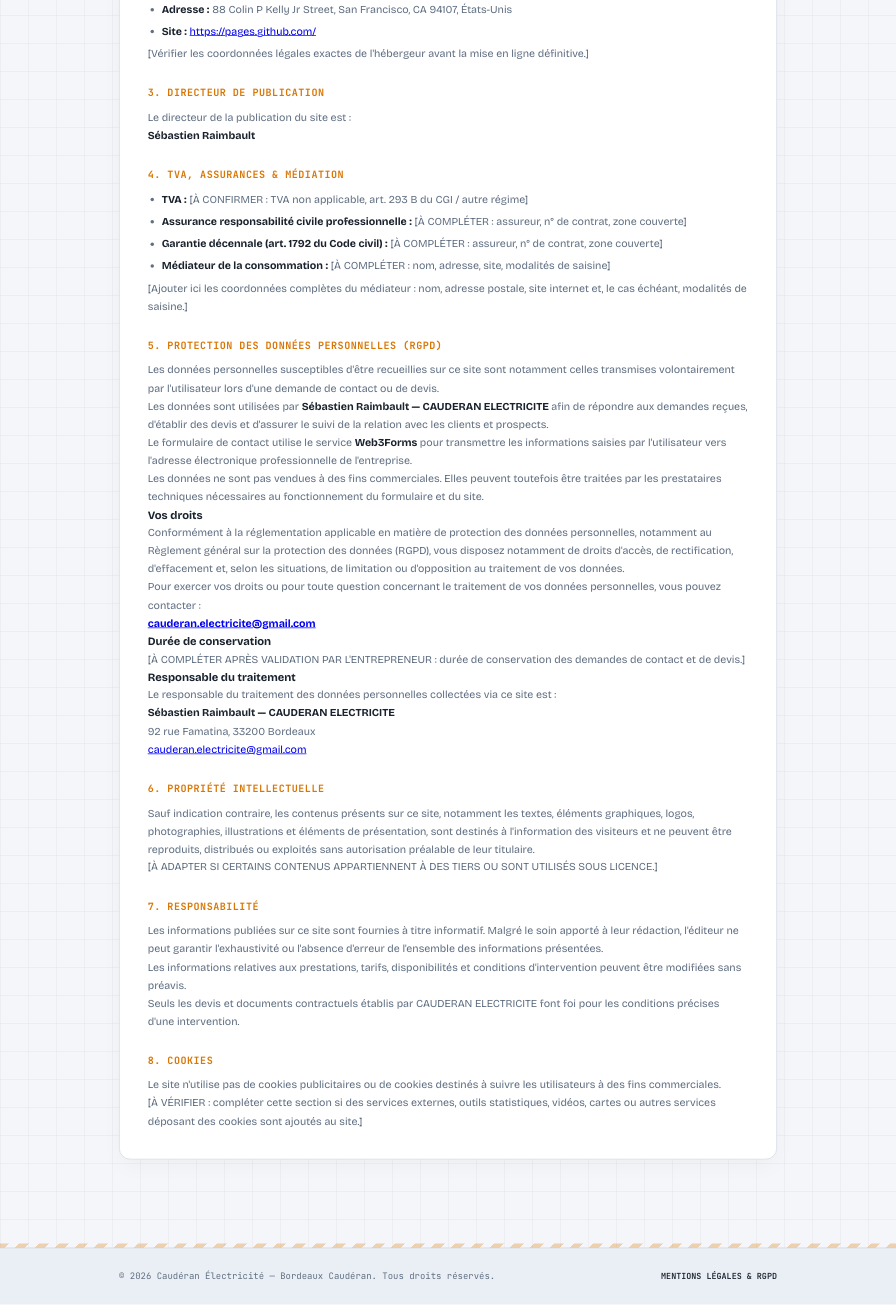
Repository: cauderanelectricite/cauderanelectricite.github.io
Page: mentions-legales.html
An editor plug-in stored every save of this project. The page is shown before and after the next save, followed by the edit.
The browser window is 1280 px wide. The pictures show the part of the page from y = 938 to 2858 px (the page is 2802 px tall before and 2858 px after), at 70% of full size.

Above is the page before, as saved 2026-09-29 20:42:07.

### mentions-legales.html
<!DOCTYPE html>
<html lang="fr">

<head>
    <meta charset="UTF-8">
    <meta name="viewport" content="width=device-width, initial-scale=1.0">

    <title>Mentions Légales — Caudéran Électricité</title>

    <!-- Polices Google Fonts -->
    <link rel="preconnect" href="https://fonts.googleapis.com">
    <link rel="preconnect" href="https://fonts.gstatic.com" crossorigin>

    <link
        href="https://fonts.googleapis.com/css2?family=Bricolage+Grotesque:opsz,wght@12..96,400..800&family=JetBrains+Mono:wght@400;600;700&display=swap"
        rel="stylesheet"
    >

    <!-- Feuille de style -->
    <link rel="stylesheet" href="style.css">
</head>

<body>

    <!-- Header flottant -->
    <header>
        <div class="nav-container">

            <a href="index.html" class="brand">
                <div class="led"></div>

                <div class="brand-name">
                    Caudéran Électricité
                    <small>Bordeaux Caudéran</small>
                </div>
            </a>

            <nav>
                <a href="index.html">Accueil</a>
                <a href="index.html#services">Prestations</a>
                <a href="devis.html">Devis</a>
                <a href="contact.html">Contact</a>
            </nav>

            <a href="devis.html" class="header-cta">
                ⚡ Devis gratuit
            </a>

        </div>
    </header>


    <!-- Contenu principal -->
    <main>

        <div class="section">

            <div class="page-head">

                <a href="index.html" class="back-link">
                    ← Retour à l'accueil
                </a>

                <div class="kicker">
                    Cadre juridique
                </div>

                <h1>
                    Mentions Légales & RGPD
                </h1>

                <p>
                    Informations légales relatives à l'éditeur du site,
                    à son hébergement et au traitement des données personnelles.
                </p>

            </div>


            <div class="legal-content">


                <!-- ===================================================== -->
                <!-- 1. ÉDITION DU SITE -->
                <!-- ===================================================== -->

                <div class="legal-section">

                    <h3>
                        1. Édition du site
                    </h3>

                    <p>
                        Le présent site, accessible à l'adresse :
                        <strong class="amber">
                            https://cauderanelectricite.github.io
                        </strong>,
                        est édité par :
                    </p>

                    <ul>

                        <li>
                            <strong>Nom et prénom :</strong>
                            Sébastien Raimbault
                        </li>

                        <li>
                            <strong>Nom commercial :</strong>
                            CAUDERAN ELECTRICITE
                        </li>

                        <li>
                            <strong>Statut juridique :</strong>
                            Entrepreneur individuel
                        </li>

                        <li>
                            <strong>Activité :</strong>
                            Travaux d'installation électrique dans tous locaux
                        </li>

                        <li>
                            <strong>SIRET :</strong>
                            108 620 188 00012
                        </li>
                        <li>
                             <strong>Immatriculation :</strong>
                            Répertoire des Métiers (CMA Nouvelle-Aquitaine) — n° RM :
                            <span class="placeholder">[À COMPLÉTER — figure sur ton avis de situation SIREN]</span>
                        </li>

                        <li>
                            <strong>Siège social :</strong>
                            92 rue Famatina, 33200 Bordeaux
                        </li>

                        <li>
                            <strong>Téléphone :</strong>
                            +33 6 12 69 84 33
                        </li>

                        <li>
                            <strong>E-mail :</strong>
                            <a href="mailto:cauderan.electricite@gmail.com">
                                cauderan.electricite@gmail.com
                            </a>
                        </li>

                    </ul>

                </div>


                <!-- ===================================================== -->
                <!-- 2. HÉBERGEMENT -->
                <!-- ===================================================== -->

                <div class="legal-section">

                    <h3>
                        2. Hébergement
                    </h3>

                    <p>
                        Le site est hébergé par :
                    </p>

                    <ul>
                    <li><strong>Hébergeur :</strong> GitHub, Inc.</li>
                    <li><strong>Adresse :</strong> 88 Colin P Kelly Jr Street, San Francisco, CA 94107, États-Unis</li>
                    <li><strong>Site :</strong> <a href="https://pages.github.com/" target="_blank" rel="noopener">https://pages.github.com/</a></li>
                    </ul>
                    <p class="placeholder">
                        [Vérifier les coordonnées légales exactes de l'hébergeur
                        avant la mise en ligne définitive.]
                    </p>

                </div>


                <!-- ===================================================== -->
                <!-- 3. DIRECTEUR DE PUBLICATION -->
                <!-- ===================================================== -->

                <div class="legal-section">

                    <h3>
                        3. Directeur de publication
                    </h3>

                    <p>
                        Le directeur de la publication du site est :
                    </p>

                    <p>
                        <strong>
                            Sébastien Raimbault
                        </strong>
                    </p>

                </div>


                <!-- ===================================================== -->
                <!-- 4. TVA, ASSURANCE ET MÉDIATION -->
                <!-- ===================================================== -->

                <div class="legal-section">

                    <h3>
                        4. TVA, assurances & médiation
                    </h3>
                    <ul>
                    <li>
                        <strong>TVA :</strong>
                        <span class="placeholder">[À CONFIRMER : TVA non applicable, art. 293 B du CGI / autre régime]</span>
                    </li>
                    <li>
                        <strong>Assurance responsabilité civile professionnelle :</strong>
                        <span class="placeholder">[À COMPLÉTER : assureur, n° de contrat, zone couverte]</span>
                    </li>
                    <li>
                        <strong>Garantie décennale (art. 1792 du Code civil) :</strong>
                        <span class="placeholder">[À COMPLÉTER : assureur, n° de contrat, zone couverte]</span>
                    </li>
                    <li>
                        <strong>Médiateur de la consommation :</strong>
                        <span class="placeholder">[À COMPLÉTER : nom, adresse, site, modalités de saisine]</span>
                    </li>
                    </ul>

                    <p class="placeholder">
                        [Ajouter ici les coordonnées complètes du médiateur :
                        nom, adresse postale, site internet et, le cas échéant,
                        modalités de saisine.]
                    </p>

                </div>


                <!-- ===================================================== -->
                <!-- 5. PROTECTION DES DONNÉES -->
                <!-- ===================================================== -->

                <div class="legal-section">

                    <h3>
                        5. Protection des données personnelles (RGPD)
                    </h3>

                    <p>
                        Les données personnelles susceptibles d'être recueillies
                        sur ce site sont notamment celles transmises volontairement
                        par l'utilisateur lors d'une demande de contact ou de devis.
                    </p>

                    <p>
                        Les données sont utilisées par
                        <strong>
                            Sébastien Raimbault — CAUDERAN ELECTRICITE
                        </strong>
                        afin de répondre aux demandes reçues, d'établir des devis
                        et d'assurer le suivi de la relation avec les clients et
                        prospects.
                    </p>

                    <p>
                        Le formulaire de contact utilise le service
                        <strong>
                            Web3Forms
                        </strong>
                        pour transmettre les informations saisies par l'utilisateur
                        vers l'adresse électronique professionnelle de l'entreprise.
                    </p>

                    <p>
                        Les données ne sont pas vendues à des fins commerciales.
                        Elles peuvent toutefois être traitées par les prestataires
                        techniques nécessaires au fonctionnement du formulaire et
                        du site.
                    </p>

                    <h4>
                        Vos droits
                    </h4>

                    <p>
                        Conformément à la réglementation applicable en matière de
                        protection des données personnelles, notamment au Règlement
                        général sur la protection des données (RGPD), vous disposez
                        notamment de droits d'accès, de rectification,
                        d'effacement et, selon les situations, de limitation ou
                        d'opposition au traitement de vos données.
                    </p>

                    <p>
                        Pour exercer vos droits ou pour toute question concernant
                        le traitement de vos données personnelles, vous pouvez
                        contacter :
                    </p>

                    <p>
                        <strong class="amber">
                            <a href="mailto:cauderan.electricite@gmail.com">
                                cauderan.electricite@gmail.com
                            </a>
                        </strong>
                    </p>

                    <h4>
                        Durée de conservation
                    </h4>

                    <p class="placeholder">
                        [À COMPLÉTER APRÈS VALIDATION PAR L'ENTREPRENEUR :
                        durée de conservation des demandes de contact et de devis.]
                    </p>

                    <h4>
                        Responsable du traitement
                    </h4>

                    <p>
                        Le responsable du traitement des données personnelles
                        collectées via ce site est :
                    </p>

                    <p>
                        <strong>
                            Sébastien Raimbault — CAUDERAN ELECTRICITE
                        </strong>
                    </p>

                    <p>
                        92 rue Famatina, 33200 Bordeaux
                        <br>
                        <a href="mailto:cauderan.electricite@gmail.com">
                            cauderan.electricite@gmail.com
                        </a>
                    </p>

                </div>


                <!-- ===================================================== -->
                <!-- 6. PROPRIÉTÉ INTELLECTUELLE -->
                <!-- ===================================================== -->

                <div class="legal-section">

                    <h3>
                        6. Propriété intellectuelle
                    </h3>

                    <p>
                        Sauf indication contraire, les contenus présents sur ce
                        site, notamment les textes, éléments graphiques, logos,
                        photographies, illustrations et éléments de présentation,
                        sont destinés à l'information des visiteurs et ne peuvent
                        être reproduits, distribués ou exploités sans autorisation
                        préalable de leur titulaire.
                    </p>

                    <p class="placeholder">
                        [À ADAPTER SI CERTAINS CONTENUS APPARTIENNENT À DES TIERS
                        OU SONT UTILISÉS SOUS LICENCE.]
                    </p>

                </div>


                <!-- ===================================================== -->
                <!-- 7. RESPONSABILITÉ -->
                <!-- ===================================================== -->

                <div class="legal-section">

                    <h3>
                        7. Responsabilité
                    </h3>

                    <p>
                        Les informations publiées sur ce site sont fournies à titre
                        informatif. Malgré le soin apporté à leur rédaction,
                        l'éditeur ne peut garantir l'exhaustivité ou l'absence
                        d'erreur de l'ensemble des informations présentées.
                    </p>

                    <p>
                        Les informations relatives aux prestations, tarifs,
                        disponibilités et conditions d'intervention peuvent être
                        modifiées sans préavis.
                    </p>

                    <p>
                        Seuls les devis et documents contractuels établis par
                        CAUDERAN ELECTRICITE font foi pour les conditions précises
                        d'une intervention.
                    </p>

                </div>


                <!-- ===================================================== -->
                <!-- 8. COOKIES -->
                <!-- ===================================================== -->

                <div class="legal-section">

                    <h3>
                        8. Cookies
                    </h3>

                    <p>
                        Le site n'utilise pas de cookies publicitaires ou de
                        cookies destinés à suivre les utilisateurs à des fins
                        commerciales.
                    </p>

                    <p class="placeholder">
                        [À VÉRIFIER : compléter cette section si des services
                        externes, outils statistiques, vidéos, cartes ou autres
                        services déposant des cookies sont ajoutés au site.]
                    </p>

                </div>


            </div>
        </div>

    </main>


    <!-- Hazard Strip -->
    <div class="hazard"></div>


    <!-- Footer -->
 <footer>
  <div class="foot-inner">
    <span class="foot-copy">© <span id="year">2025</span> Caudéran Électricité — Bordeaux Caudéran. Tous droits réservés.</span>
    <nav class="foot-nav" aria-label="Liens légaux">
      <a href="mentions-legales.html">Mentions légales &amp; RGPD</a>
    </nav>
  </div>
</footer>

<script>
  document.getElementById('year').textContent = new Date().getFullYear();
</script>

</body>

</html>

Loaded but not shown: style.css (938 lines, source omitted)

After the next save:
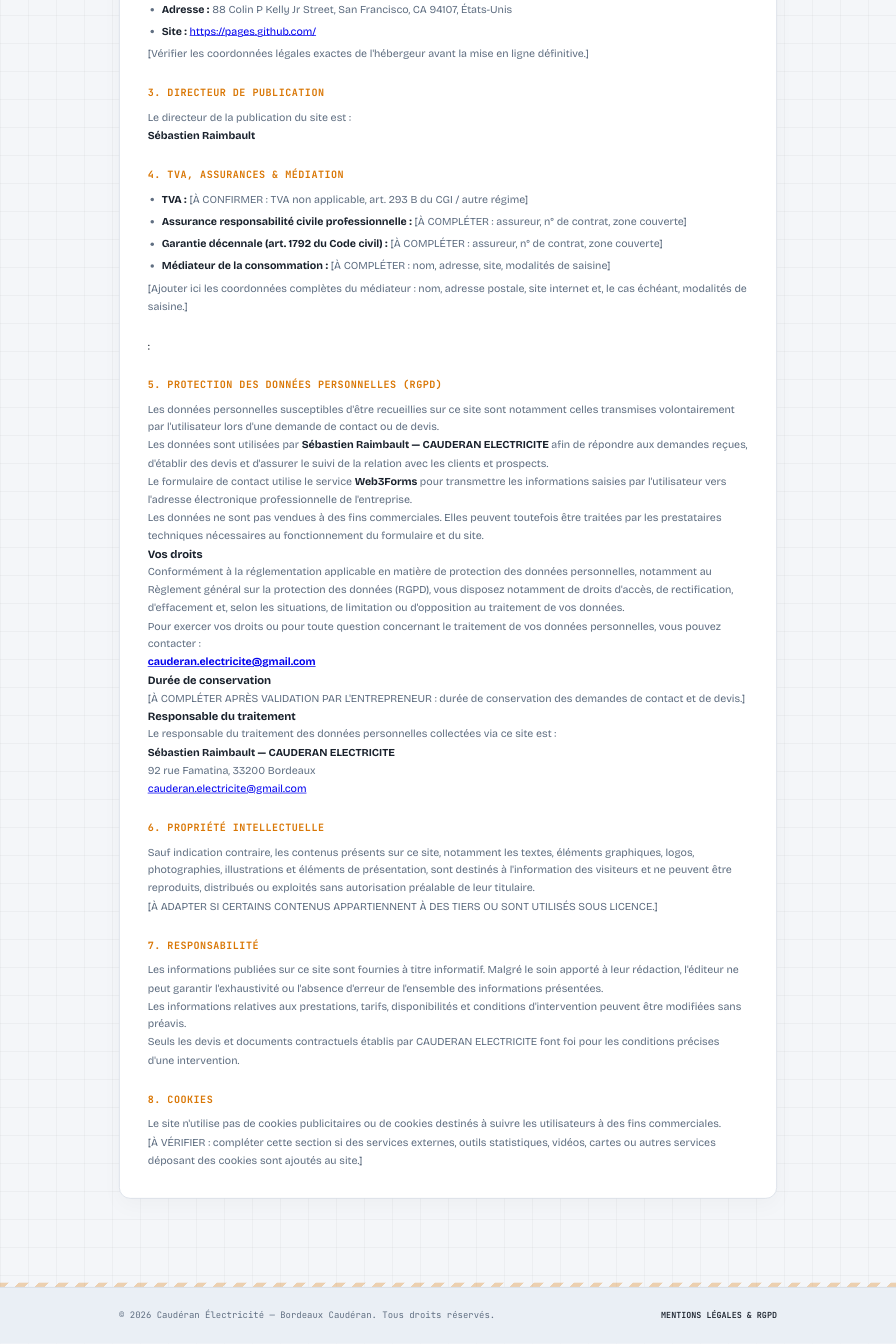
Saved 58 s later.
--- a/mentions-legales.html
+++ b/mentions-legales.html
@@ -243,7 +243,7 @@
                 <!-- 5. PROTECTION DES DONNÉES -->
                 <!-- ===================================================== -->
 
-                <div class="legal-section">
+                : <div class="legal-section" id="rgpd">
 
                     <h3>
                         5. Protection des données personnelles (RGPD)

After the save that followed:
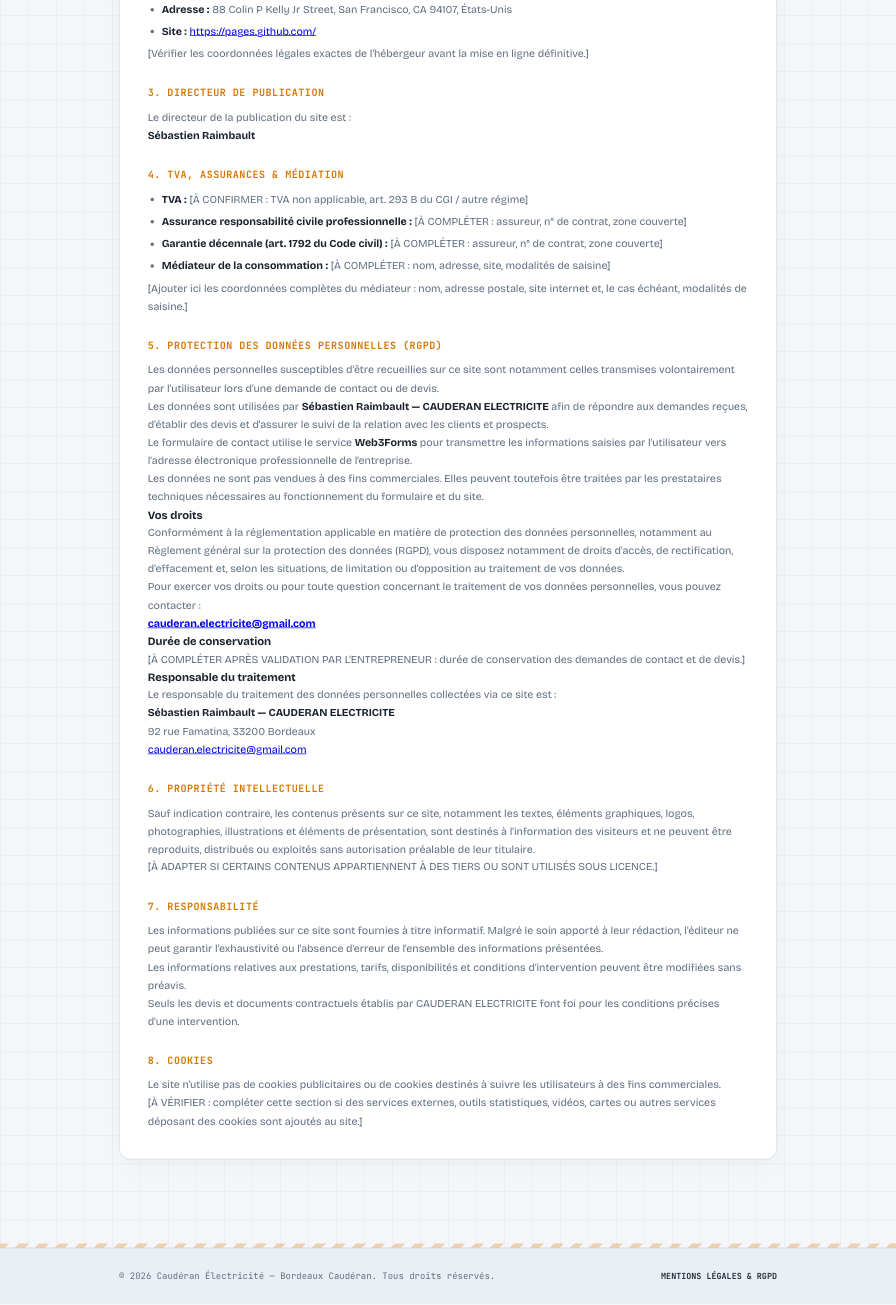
Saved 4 s later.
--- a/mentions-legales.html
+++ b/mentions-legales.html
@@ -243,7 +243,7 @@
                 <!-- 5. PROTECTION DES DONNÉES -->
                 <!-- ===================================================== -->
 
-                : <div class="legal-section" id="rgpd">
+                <div class="legal-section" id="rgpd">
 
                     <h3>
                         5. Protection des données personnelles (RGPD)
